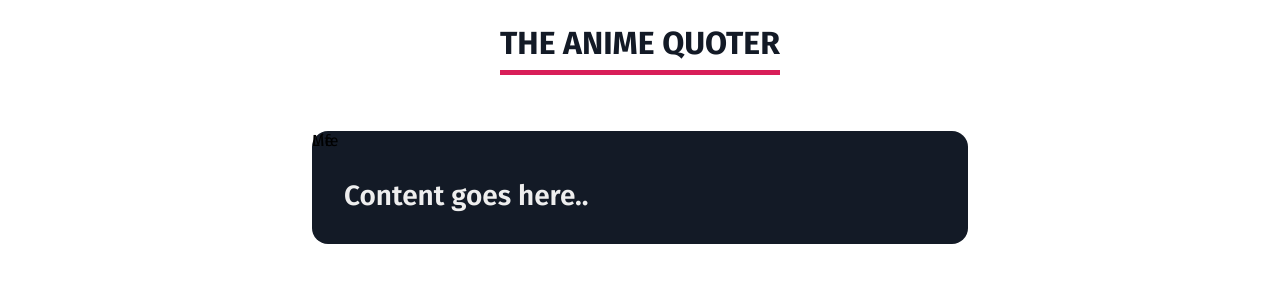
Repository: kate30980/quote-generator-vuejs
Page: /
The author's editor kept a copy of each file at every save. The page is drawn from the files as they stood at one save, then again after the next save.
The browser window is 1280 px wide. The pictures show the whole page.
The project was rebuilt for these pictures with package versions that can differ from the ones it lists, and the page was loaded fresh each time.

Above is the page before, as saved 2021-08-24 11:58:57.

After the next save:
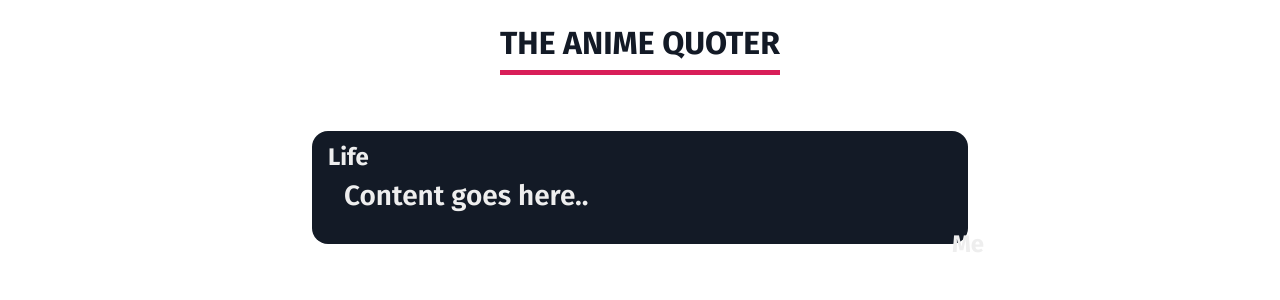
Saved 2 min 42 s later.
--- a/src/components/Quote.vue
+++ b/src/components/Quote.vue
@@ -44,5 +44,15 @@ export default {
 }
 .quote-author,.quote-anime{
     position: absolute;
+    padding: 12px 16px;
+    font-size: 24px;
+    font-weight: 700;
+    border-radius: 99px;
+    color: var(--light);
+    text-align: center;
+}
+.quote-author{
+    top: calc(100% - 32px);right: 0;
+    transform: translateY(-50%);
 }
 </style>
